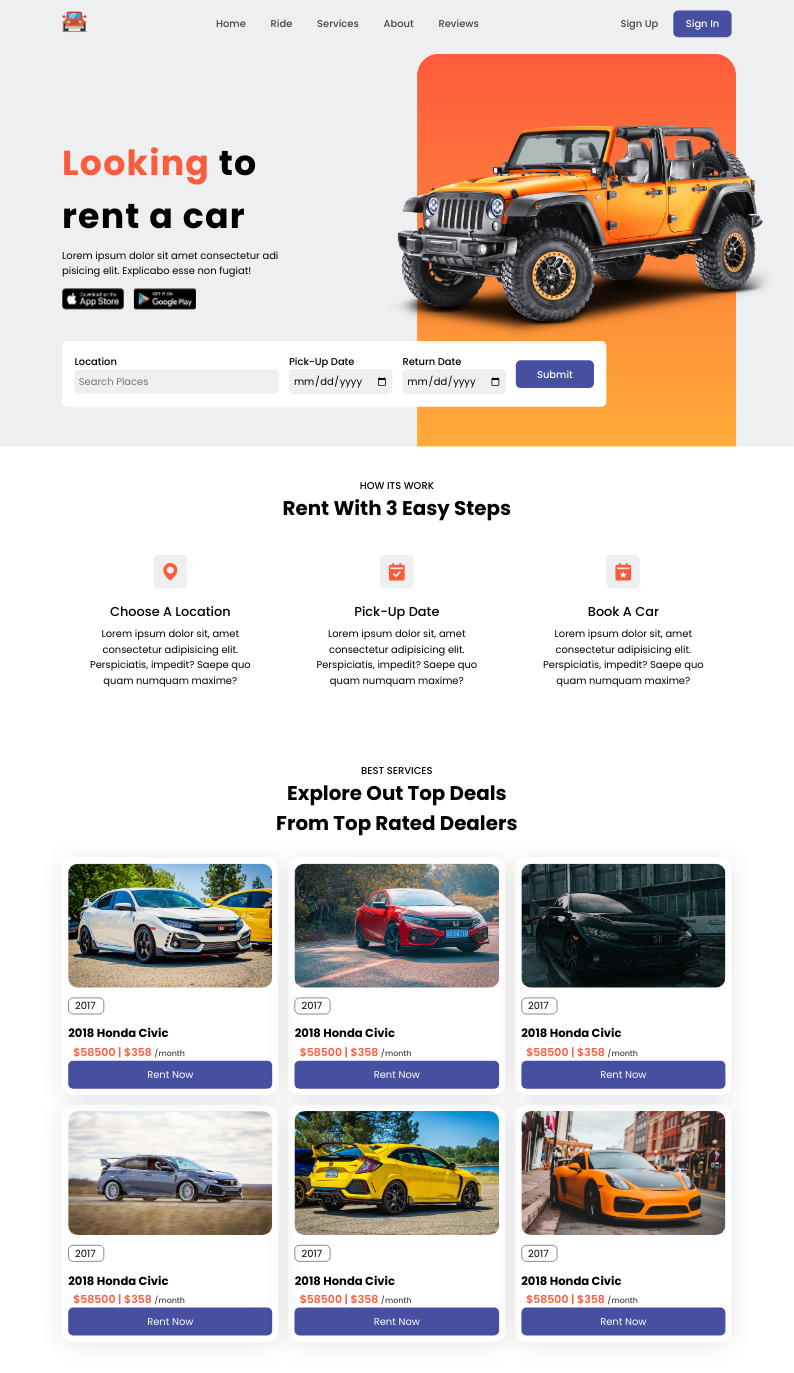
Repository: douglasabnovato/car-rental
Page: index.html
These files come from the project's save history. The page is drawn as it stood at one moment and after the next save; the edit follows.
The browser window is 1280 px wide. The pictures show the whole page, at 62% of full size.

Above is the page before, as saved 2025-05-16 15:38:54.

After the next save:
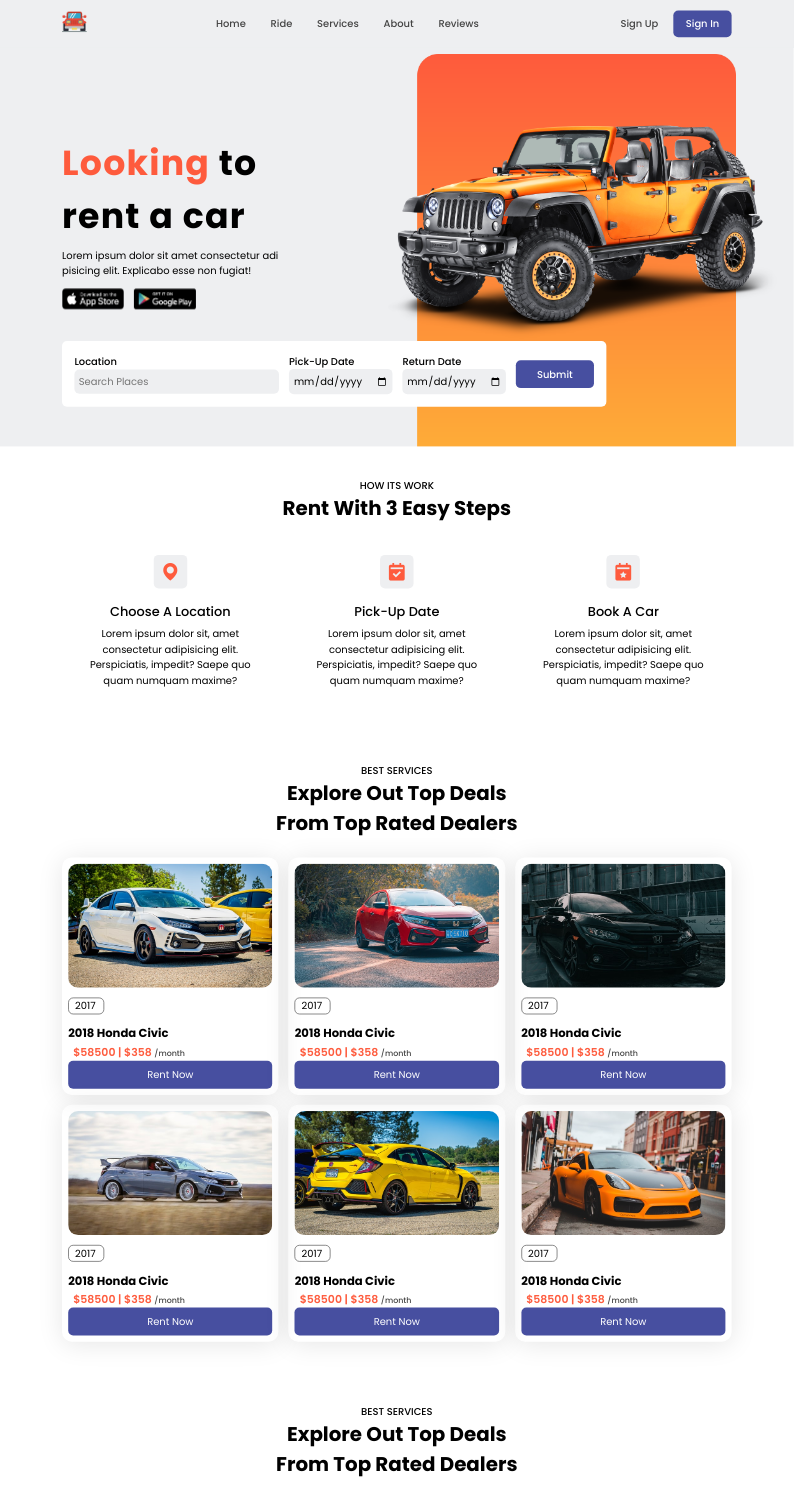
Saved 33 s later.
--- a/index.html
+++ b/index.html
@@ -173,6 +173,15 @@
 
     <!-- About -->
 
+    <section class="about" id="about">
+      <div class="heading">
+        <span>Best Services</span>
+        <h1>
+          Explore Out Top Deals <br />
+          From Top Rated Dealers
+        </h1>
+      </div>
+    </section>
 
     <!-- Link to JS -->
     <script src="./script.js"></script>
